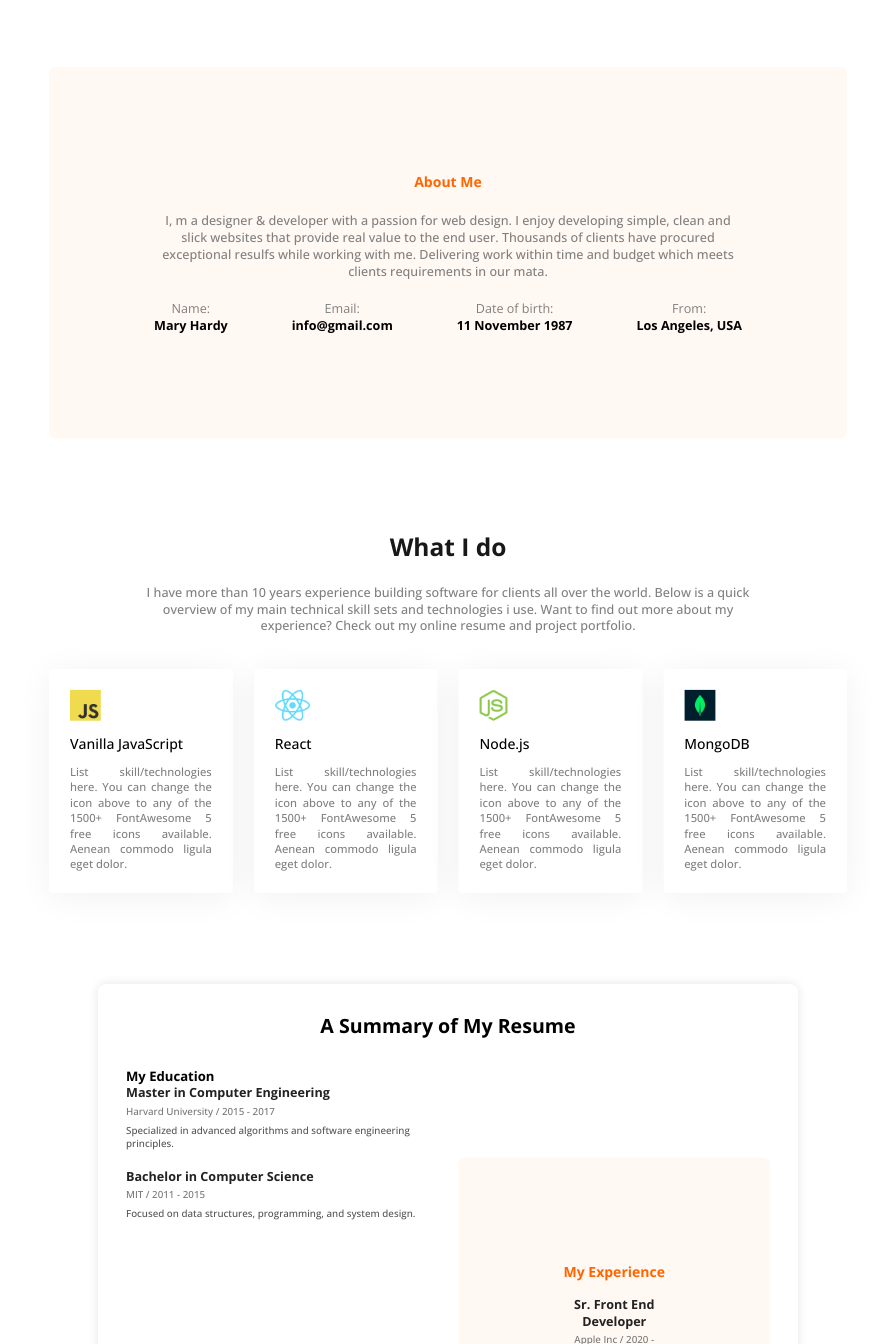
Repository: nahid-hasann/website-1
Page: index.html
The author's editor kept a copy of each file at every save. The page is drawn from the files as they stood at one save, then again after the next save.
The browser window is 1280 px wide. The pictures show the part of the page from y = 852 to 2772 px (the page is 4383 px tall before and 4381 px after), at 70% of full size.

Above is the page before, as saved 2025-07-08 14:55:27.

### index.html
<!DOCTYPE html>
<html lang="en">
<head>
    <meta charset="UTF-8">
    <meta name="viewport" content="width=device-width, initial-scale=1.0">
    <title>Document</title>
    <link rel="preconnect" href="https://fonts.googleapis.com">
<link rel="preconnect" href="https://fonts.gstatic.com" crossorigin>
<link href="https://fonts.googleapis.com/css2?family=Open+Sans:ital,wght@0,300..800;1,300..800&display=swap" rel="stylesheet">
<link rel="stylesheet" href="style.css">
<link rel="stylesheet" href="https://cdnjs.cloudflare.com/ajax/libs/font-awesome/6.7.2/css/all.min.css" integrity="sha512-Evv84Mr4kqVGRNSgIGL/F/aIDqQb7xQ2vcrdIwxfjThSH8CSR7PBEakCr51Ck+w+/U6swU2Im1vVX0SVk9ABhg==" crossorigin="anonymous" referrerpolicy="no-referrer" />
</head>
<body class="open-sans-nahid">

<header class="main-header">
    <nav class="header">
          <div>
            <h3 class="nav-title">Ma<span style="color: #fd6e09;">r</span>y</h3>
          </div>
          <div class="menu">
            <ul>
            <li><a href="" class="dark-2" >Portfolio</a></li>
            <li><a  class="dark-2" href="">Blog</a></li>
            <li><button class="hire-me">Hire Me</button></li>
          </ul>
          </div>
    </nav>

    <div class="banner">

      <div class="banner-container">
        <h4 style="font-size: 45px; font-weight: 400;" class="dark-2">Hi, I  am</h4>
        <h1 style="font-size: 85px;">Mary Hardy</h1>
        <br>
        <p class="banner-description dark-2">
          Shot what able cold new see hold.Friendly as an betrayed formerly he. Morning because as to society behaved moments.
        </p>
        <br>
        <br>
        <button class="hire-me" style="margin-right: 20px;"><i class="fa-solid fa-download" style="margin-right: 5px;"></i>Download Cv</button>
        <button class="btn-2"><i class="fa-solid fa-phone" style="margin-right: 5px;"></i>Contact</button>
      </div>
      <img class="banner-img" src="images/hardy.png" alt="">

    </div>

</header>

<main >

  <section class="section">
      <h3 class="section-title">About Me</h3>
      <p style="font-size: 18px; color: grey; margin-top: 30px;">I, m a designer & developer with a passion for web design. I enjoy developing simple, clean and slick websites that provide real value to the end user. Thousands of clients have procured exceptional resulfs while working with me. Delivering work within time and budget which meets clients requirements in our mata.</p>

      <div class="about-items">

    <div class="about-item">
      <p class="item-title">Name:</p>
      <p class="item-description">Mary Hardy</p>
    </div>
    <div class="about-item">
      <p class="item-title">Email:</p>
      <p class="item-description">info@gmail.com</p>
    </div>
    <div class="about-item">
      <p class="item-title">Date of birth:</p>
      <p class="item-description">11 November 1987</p>
    </div>
    <div class="about-item">
      <p class="item-title">From:</p>
      <p class="item-description">Los Angeles, USA</p>
    </div>

  </div>

  </section>

  <section class="skiill">
            <h3 class="section-title">What I do</h3>
            <p style="font-size: 18px; color: grey; margin-top: 30px; width: 909px; margin: 0px auto; margin-top: 30px;">I have more than 10 years experience building software for clients all over the world. Below is a quick overview of my main technical skill sets and technologies i use. Want to find out more about my experience? Check out my online resume and project portfolio.</p>

         <div class="skills-container">

          <div class="skkis-veriation">
            <img src="images/icons/js.png" alt="" class="skiils-img">
            <p class="skills-heading">Vanilla JavaScript</p>
            <p class="skiils-description"> List skill/technologies here. You can change the icon above to any of the 1500+ FontAwesome 5 free icons available. Aenean commodo ligula eget dolor.</p>
          </div>
          <div class="skkis-veriation">
            <img src="images/icons/react.png" alt="" class="skiils-img">
            <p class="skills-heading">React</p>
            <p class="skiils-description">List skill/technologies here. You can change the icon above to any of the 1500+ FontAwesome 5 free icons available. Aenean commodo ligula eget dolor.</p>
          </div>
          <div class="skkis-veriation">
            <img src="images/icons/nodejs.png" alt="" class="skiils-img">
            <p class="skills-heading">Node.js</p>
            <p class="skiils-description">List skill/technologies here. You can change the icon above to any of the 1500+ FontAwesome 5 free icons available. Aenean commodo ligula eget dolor.</p>
          </div>
          <div class="skkis-veriation">
            <img src="images/icons/mongo.png" alt="" class="skiils-img">
            <p class="skills-heading">MongoDB</p>
            <p class="skiils-description">List skill/technologies here. You can change the icon above to any of the 1500+ FontAwesome 5 free icons available. Aenean commodo ligula eget dolor.</p>
          </div>

         </div>

  </section>

  <section>

<div class="container-m">
    <h2>A Summary of My Resume</h2>
    <div class="grid">
      <div class="section-m">
        <h3>My Education</h3>
        <div class="item">
          <h4>Master in Computer Engineering</h4>
          <span>Harvard University / 2015 - 2017</span>
          <p>Specialized in advanced algorithms and software engineering principles.</p>
        </div>
        <div class="item">
          <h4>Bachelor in Computer Science</h4>
          <span>MIT / 2011 - 2015</span>
          <p>Focused on data structures, programming, and system design.</p>
        </div>
      </div>
      <div class="section">
        <h3>My Experience</h3>
        <div class="item">
          <h4>Sr. Front End Developer</h4>
          <span>Apple Inc / 2020 - Current</span>
          <p>Developing scalable web apps using React and modern JavaScript frameworks.</p>
        </div>
        <div class="item">
          <h4>Jr. Front End Developer</h4>
          <span>Dribbble Inc / 2018 - 2022</span>
          <p>Worked on UI components and improved user experience for design platforms.</p>
        </div>
        <div class="item">
          <h4>HTML Developer</h4>
          <span>Adobe Inc / 2017 - 2018</span>
          <p>Built static and dynamic pages ensuring responsive design.</p>
        </div>
      </div>
    </div>
    <button class="hire-me" style="margin-right: 20px;"><i class="fa-solid fa-download" style="margin-right: 5px;"></i>Download Cv</button>
  </div>

  </section>

</main>

<!-- .about-items*4>p.item-title+p.item-description  -->


<footer>

     <div class="main-footer">

     <div class="footer-column">
        <h3 class="section-title">Lets Connect</h3>
        <p style="font-size: 18px; color: grey; margin: 20px 0px;">Please fill out the form on this section to contact with me or call between 9:00 A.M and 8.00 P.M ET, Monday through Friday.</p>
        <img src="images/icons/facebook.png" alt="">
        <img style="margin: 0px 20px;" src="images/icons/twitter.png" alt="">
        <img src="images/icons/insta.png" alt="">
     </div>

     <div class="footer-column">

        <h3 class="section-title" style=" margin-bottom: 30px;">Lets Connect</h3>
        <form class="form" action="">
            <input type="text" name="" placeholder="Your Name" id=""> <br>
            <input type="email" name="" placeholder="Yoour Email" id=""> <br>
            <textarea name="" placeholder="Message" id=""></textarea> <br>
            <button class="hire-me" >Submit</button>
        </form>

     </div>

</div>

</footer>


</body>
</html>

### style.css
* {
  margin: 0;
  padding: 0;
  box-sizing: border-box;
}


.open-sans-nahid {
  font-family: "Open Sans", sans-serif;
  font-optical-sizing: auto;
  font-style: normal;
  font-variation-settings: "wdth" 100;
  font-weight: 500;
}

.main-header{
    background-image: url('images/developer.png'), url('images/header_bg.png') ;
    background-repeat: no-repeat;
    background-position: 60px  28px, bottom right ;
    background-color: #fff8f3;
}



.header{
    display: flex;
    justify-content: space-around;
    gap: 250px;
    align-items: center;
    /* background-color: red; */
    padding: 15px 0px;
}

.nav-title{
    font-weight: 800;
    font-size: 45px;
}

.menu ul{
    display: flex;
    gap: 30px;
    align-items: center;
}

.menu ul li{
    list-style: none;

}

.menu ul li a{
    text-decoration: none;
    font-size: 20px;
}

.hire-me{
    background-color: #fd6e09;
    padding: 10px;
    border-radius: 5px;
    color: white;
    border: none;
    font-size: 20px;
}

.btn-2{
    padding: 10px;
    border-radius: 5px;
    color: #fd6e09;
    border: 1px solid  #fd6e09;
    font-size: 20px;
    background-color: #fff8f3;
}

.dark-2{
    color: #474747;
}

.banner-container{
    width: 585px;
}

.banner-description{
    font-size: 18px;
}

.banner-img{
    width: 584px;
    height: 676px;
}

.banner{
    display: flex;
    align-items: center;
    justify-content: space-around;
    margin: 50px 0px 0px 170px;

}

.section{
    background-color: #fff8f3;
    padding: 150px;
    text-align: center;
    border-radius: 10px;
    margin: 130px 0px;
}

.section-title{
    font-size: 35px;
    font-weight: bold;
    color: #181818;
}

main{
    max-width: 1140px;
     margin: 0px auto;
}

.about-items{
    display: flex;
    justify-content: space-between;
}

.item-title{
    font-size: 18px;
    font-weight: 300;
    color: grey;
    margin-top: 30px;
}

.item-description{
    font-size: 18px ;
    font-weight: 700;
}

.skiill{
    text-align: center;
    margin-bottom: 130px;
}

.skills-container{
    display: flex;
    margin-top: 30px;
    gap: 30px;
    text-align: justify;
}

.skkis-veriation{
    background-color: #FFFFFF;
    box-shadow: 0px 6px 50px 0px rgba(0, 0, 0, 0.06);
padding: 30px;
border-radius: 5px;
margin-top: 20px;
}

.skills-heading{
    margin: 15px 0px;
    font-size: 20px ;
    font-weight: 700px;
}

.skiils-description{
     font-size: 16px;
     color: grey;
}

.resume{
    margin-bottom: 130px;
}

.resume-container{
    display: flex;
    gap: 40px;
    margin-top: 50px;
}

.resume h3{
    margin-bottom: 100px;
}

.resume-column h3{
    font-size: 30px ;
    font-weight: 700;
    margin-bottom: 20px;
}

.resume-column-title{
    font-size: 30px;
    font-weight: 700;
}

.experience{
    padding-right: 50px;
}

.experience-title{
        font-size: 25px;
    font-weight: 700;
    margin-bottom: 5px;
}

.experience-subtitle{
    font-size: 20px;
    font-weight: 600;

    color: rgba(117, 117, 117, 1);
}

.experince-description{
    margin-top: 20px;
    margin-bottom: 20px;
    font-size: 16px;
    color: rgba(117, 117, 117, 1);
}


.main-footer{
    margin-top: 130px;
    background-color: rgba(255, 248, 243, 1);
    padding: 50px 100px;
    display: flex;
    justify-content: space-around;
    align-items: center;
}

.footer-column{
    max-width: 40%;
}

.form input{
      display: block;
      padding: 12px 20px;
      width: 441px;
      font-size: 16px;
      border: none;
      border-radius: 5px;
}

.form textarea{
     width: 441px;
     font-size: 16px;
     border: none;
      border-radius: 5px;
      display: block;
      padding: 15px 20px;
      height: 180px;
}


.container-m{
  max-width: 1000px;
  margin: auto;
  background: #fff;
  padding: 40px;
  box-shadow: 0 0 15px rgba(0,0,0,0.1);
  border-radius: 12px;
}

h2 {
  text-align: center;
  margin-bottom: 40px;
  font-size: 28px;
}

.grid {
  display: grid;
  grid-template-columns: 1fr 1fr;
  gap: 30px;
}

.section h3 {
  margin-bottom: 20px;
  color: #ff6600;
  font-size: 20px;
}

.item {
  margin-bottom: 25px;
}

.item h4 {
  margin: 0 0 5px;
  font-size: 18px;
  color: #222;
}

.item span {
  display: block;
  color: #777;
  font-size: 14px;
  margin-bottom: 8px;
}

.item p {
  margin: 0;
  font-size: 14px;
  color: #555;
}

After the next save:
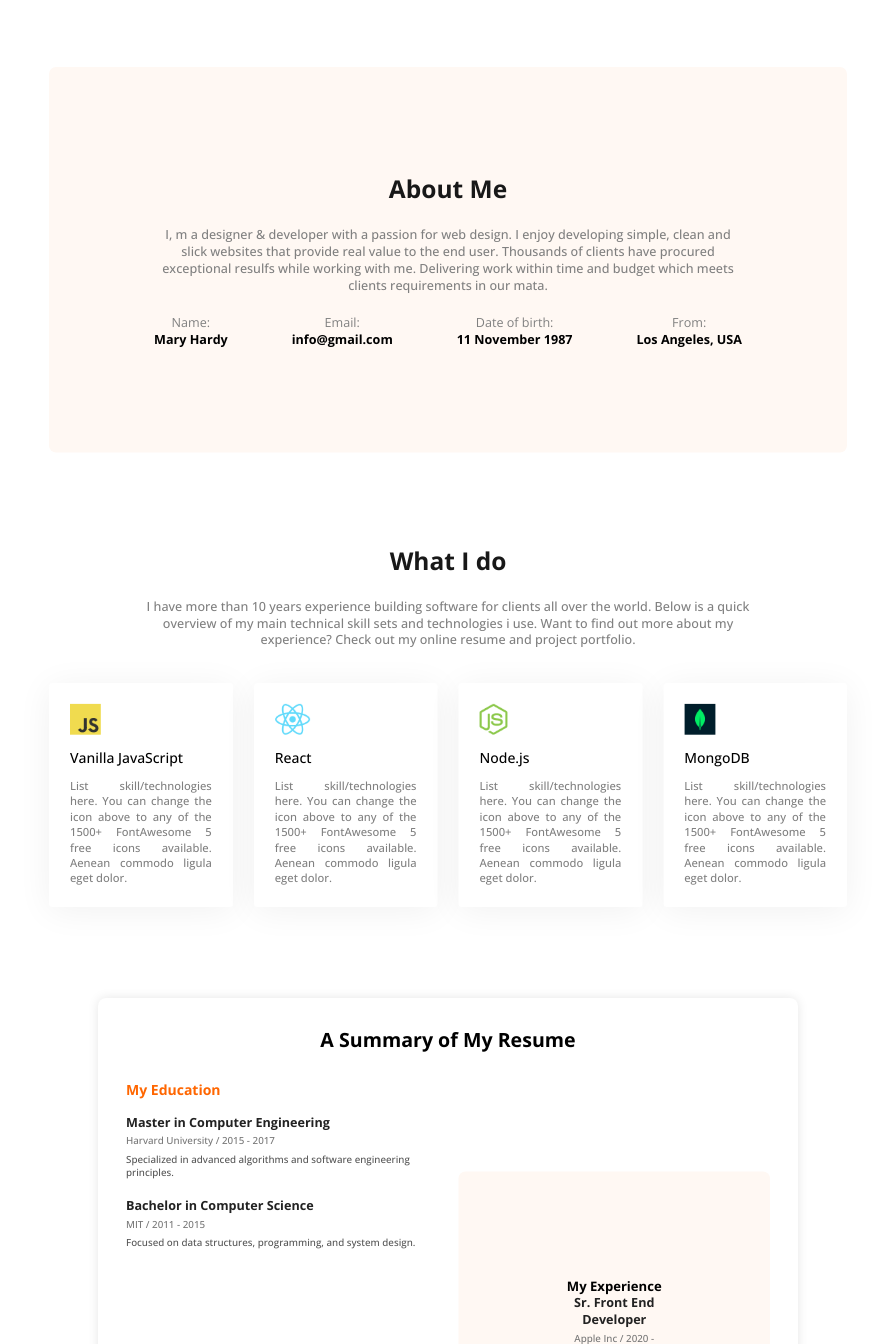
Saved 15 s later.
--- a/style.css
+++ b/style.css
@@ -266,7 +266,7 @@ h2 {
   gap: 30px;
 }
 
-.section h3 {
+.section-m h3 {
   margin-bottom: 20px;
   color: #ff6600;
   font-size: 20px;
